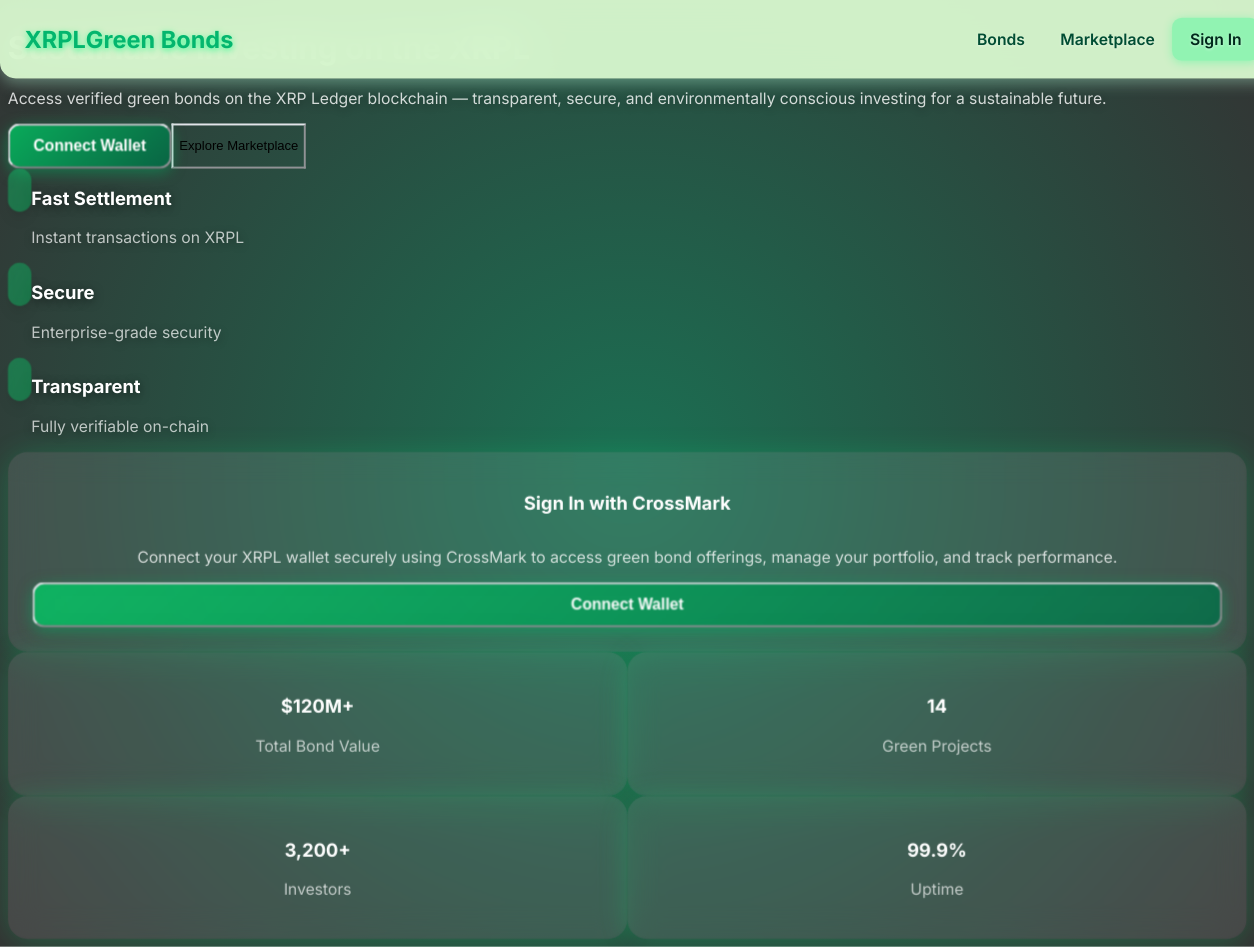
Repository: pbryzek/hackathon-xrpl
Page: / (app in frontend/)
These files come from the project's save history. The page is drawn as it stood at one moment and after the next save; the edit follows.
The browser window is 1280 px wide. The pictures show the whole page, at 98% of full size.
The project was rebuilt for these pictures with package versions that can differ from the ones it lists, and the page was loaded fresh each time. Also part of the build but not shown: frontend/vite.config.ts, frontend/src/services/bondService.ts, frontend/src/pages/BondSelection.tsx, frontend/src/lib/utils.ts, frontend/src/components/ui/button.tsx, frontend/src/components/ui/input.tsx, frontend/src/components/ui/label.tsx, frontend/src/components/ui/tabs.tsx and 15 more.

Above is the page before, as saved 2025-03-15 12:18:03.

### frontend/index.html
<!DOCTYPE html>
<html lang="en">
  <head>
    <meta charset="UTF-8" />
    <meta name="viewport" content="width=device-width, initial-scale=1.0" />
    <title>buy-sell-bonds</title>
    <meta name="description" content="Lovable Generated Project" />
    <meta name="author" content="Lovable" />
    <meta property="og:image" content="/og-image.png" />
  </head>

  <body>
    <div id="root"></div>
    <!-- IMPORTANT: DO NOT REMOVE THIS SCRIPT TAG OR THIS VERY COMMENT! -->
    <script src="https://cdn.gpteng.co/gptengineer.js" type="module"></script>
    <script type="module" src="/src/main.tsx"></script>
  </body>
</html>

### frontend/src/main.tsx
import { createRoot } from 'react-dom/client'
import App from './App.tsx'
import './index.css'
import './index1.css'

createRoot(document.getElementById("root")!).render(<App />);

### frontend/src/App.tsx
import React from "react";
import { BrowserRouter as Router, Routes, Route } from "react-router-dom";
import BondSelection from "./pages/BondSelection";
import CrossMarkAuth from "./pages/CrossMarkAuth";
import Index from "./pages/Index";
import NotFound from "./pages/NotFound";
// ✅ Import the Header Component
import Header from "./components/ui/header";
import "./index.css"; // ✅ Ensure Tailwind is applied
import "./index1.css"; // ✅ Ensure Tailwind is applied


const App: React.FC = () => {
  return (
    <Router>
      <div className="flex flex-col min-h-screen bg-background text-foreground">
        <Header />
        <main className="flex-grow p-4">
          <Routes>
            <Route path="/" element={<CrossMarkAuth />} />
            <Route path="/bonds" element={<BondSelection />} />
            <Route path="/marketplace" element={<Index />} />
            <Route path="*" element={<NotFound />} />
          </Routes>
        </main>
      </div>
    </Router>
  );
};

export default App;

### frontend/src/index.css
@import url('https://fonts.googleapis.com/css2?family=Inter:wght@100;200;300;400;500;600;700;800;900&display=swap');

@tailwind base;
@tailwind components;
@tailwind utilities;


@layer base {
  :root {
    --background: 210 40% 98%;
    --foreground: 222 47% 11%;

    --card: 0 0% 100%;
    --card-foreground: 222 47% 11%;

    --popover: 0 0% 100%;
    --popover-foreground: 222 47% 11%;

    --primary: 221 83% 53%;
    --primary-foreground: 210 40% 98%;

    --secondary: 210 40% 96%;
    --secondary-foreground: 222 47% 11%;

    --muted: 210 40% 96%;
    --muted-foreground: 220 16% 46%;

    --accent: 210 40% 96%;
    --accent-foreground: 222 47% 11%;

    --destructive: 0 84% 60%;
    --destructive-foreground: 210 40% 98%;

    --border: 220 14% 90%;
    --input: 220 14% 90%;
    --ring: 221 83% 53%;

    --radius: 0.8rem;

    --bond-blue: 221 83% 53%;
    --bond-blue-light: 213 94% 68%;
    --bond-blue-dark: 224 76% 48%;
    --bond-gray: 220 14% 90%;
    --bond-gray-light: 220 14% 95%;
    --bond-gray-dark: 218 11% 80%;
    --bond-green: 142 76% 36%;
    --bond-red: 0 84% 60%;
  }

  .dark {
    --background: 222 47% 11%;
    --foreground: 210 40% 98%;

    --card: 222 47% 11%;
    --card-foreground: 210 40% 98%;

    --popover: 222 47% 11%;
    --popover-foreground: 210 40% 98%;

    --primary: 217 91% 60%;
    --primary-foreground: 222 47% 11%;

    --secondary: 217 33% 17%;
    --secondary-foreground: 210 40% 98%;

    --muted: 217 33% 17%;
    --muted-foreground: 215 20% 65%;

    --accent: 217 33% 17%;
    --accent-foreground: 210 40% 98%;

    --destructive: 0 63% 31%;
    --destructive-foreground: 210 40% 98%;

    --border: 217 33% 17%;
    --input: 217 33% 17%;
    --ring: 224 76% 48%;
  }
}

@layer base {
  body {
    background-color: hsl(var(--background));
    color: hsl(var(--foreground));
  }
}

.glass-panel {
  background-color: rgba(255, 255, 255, 0.9);
  backdrop-filter: blur(12px);
  border: 1px solid rgba(255, 255, 255, 0.4);
  box-shadow: 0 4px 6px -1px rgba(0, 0, 0, 0.1), 0 2px 4px -1px rgba(0, 0, 0, 0.06);
}

.animate-enter {
  animation: fade-in 0.4s forwards, slide-up 0.4s forwards;
}

.bond-hover {
  transition: all 0.2s ease-out;
}

.bond-hover:hover {
  transform: translateY(-2px);
}

/* Scrollbar styling */
::-webkit-scrollbar {
  width: 6px;
  height: 6px;
}

::-webkit-scrollbar-track {
  background: transparent;
}

::-webkit-scrollbar-thumb {
  background: hsl(var(--bond-gray-dark));
  border-radius: 6px;
}

::-webkit-scrollbar-thumb:hover {
  background: hsl(var(--bond-blue-light));
}

/* ✅ Floating effect for navbar */
header {
  box-shadow: 0px 4px 30px rgba(0, 255, 128, 0.3);
}

### frontend/src/index1.css
@tailwind base;
@tailwind components;
@tailwind utilities;

@layer base {
  :root {
    --background: 0 0% 100%;
    --foreground: 222.2 84% 4.9%;

    --card: 0 0% 100%;
    --card-foreground: 222.2 84% 4.9%;

    --popover: 0 0% 100%;
    --popover-foreground: 222.2 84% 4.9%;

    --primary: 142 64% 24%;
    --primary-foreground: 210 40% 98%;

    --secondary: 210 40% 96.1%;
    --secondary-foreground: 222.2 47.4% 11.2%;

    --muted: 210 40% 96.1%;
    --muted-foreground: 215.4 16.3% 46.9%;

    --accent: 142 76% 73%;
    --accent-foreground: 222.2 47.4% 11.2%;

    --destructive: 0 84.2% 60.2%;
    --destructive-foreground: 210 40% 98%;

    --border: 214.3 31.8% 91.4%;
    --input: 214.3 31.8% 91.4%;
    --ring: 142 64% 24%;

    --radius: 0.5rem;
  }

  .dark {
    --background: 222.2 84% 4.9%;
    --foreground: 210 40% 98%;

    --card: 222.2 84% 4.9%;
    --card-foreground: 210 40% 98%;

    --popover: 222.2 84% 4.9%;
    --popover-foreground: 210 40% 98%;

    --primary: 143 65% 42%;
    --primary-foreground: 222.2 47.4% 11.2%;

    --secondary: 217.2 32.6% 17.5%;
    --secondary-foreground: 210 40% 98%;

    --muted: 217.2 32.6% 17.5%;
    --muted-foreground: 215 20.2% 65.1%;

    --accent: 143 70% 30%;
    --accent-foreground: 210 40% 98%;

    --destructive: 0 62.8% 30.6%;
    --destructive-foreground: 210 40% 98%;

    --border: 217.2 32.6% 17.5%;
    --input: 217.2 32.6% 17.5%;
    --ring: 142.5 76.5% 73.3%;
  }
}

@layer base {
  * {
    border-color: hsl(var(--border));
  }
  body {
    background-color: hsl(var(--background));
    color: hsl(var(--foreground));
  }
}

@keyframes float {
  0% { transform: translateY(0px); }
  50% { transform: translateY(-10px); }
  100% { transform: translateY(0px); }
}

/* Global Removal of Underline */
a {
  text-decoration: none !important;
}

/* Global Styles */
body {
  background: radial-gradient(circle, rgba(2, 96, 64, 0.9) 0%, rgba(0, 0, 0, 0.8) 100%);
  color: white;
  font-family: "Inter", sans-serif;
}

/* Floating Animation */
.floating {
  animation: float 3s ease-in-out infinite;
}

/* Glassmorphism Components */
.glass-effect {
  background-color: rgba(255, 255, 255, 0.1);
  backdrop-filter: blur(15px);
  box-shadow: 0 4px 15px rgba(0, 0, 0, 0.2);
}

/* Enhanced Lightened Glassmorphism Navbar */
.header {
  background: rgba(221, 253, 211, 0.931);
  backdrop-filter: blur(20px);
  box-shadow: 0 4px 15px rgba(187, 253, 220, 0.4);
  padding: 18px 25px;
  border-radius: 0 0 16px 16px;
  position: fixed;
  top: 0;
  left: 0;
  width: 100%;
  z-index: 50;
}

/* Navbar Links */
.nav-link {
  color: rgb(0, 77, 51) !important;
  font-size: 1rem;
  font-weight: 600;
  text-shadow: 0px 1px 3px rgba(255, 255, 255, 0.5);
  padding: 12px 18px;
  border-radius: 10px;
  transition: all 0.3s ease-in-out;
  text-decoration: none;
}

.nav-link:hover {
  background: rgba(0, 255, 128, 0.2);
  color: rgb(0, 40, 27) !important;
  transform: translateY(-2px);
}

.nav-link.active {
  background: rgba(0, 255, 128, 0.3);
  color: rgb(0, 40, 27) !important;
  box-shadow: 0 2px 10px rgba(0, 255, 128, 0.3);
}

/* Fix nav link positioning */
.links {
  position: relative;
  margin-right: 20px;
}

/* Logo Styling */
.logo {
  font-size: 1.5rem;
  font-weight: bold;
  color: #03b66e;
  text-shadow: 0px 2px 6px rgba(0, 255, 128, 0.7);
  transition: all 0.3s ease;
}

.logo:hover {
  text-shadow: 0px 2px 10px rgba(0, 255, 128, 0.9);
  transform: scale(1.03);
}

/* Glass Card */
.glass-card {
  background: rgba(255, 255, 255, 0.1);
  backdrop-filter: blur(15px);
  box-shadow: 0px 4px 30px rgba(0, 255, 128, 0.2);
  padding: 25px;
  border-radius: 20px;
  transition: all 0.3s ease-in-out;
}

.glass-card:hover {
  box-shadow: 0px 6px 35px rgba(0, 255, 128, 0.4);
  transform: translateY(-5px);
}

/* Glass Button */
.glass-button {
  background: linear-gradient(135deg, rgba(0, 200, 100, 0.8), rgba(0, 110, 70, 0.8));
  color: white;
  padding: 12px 24px;
  border-radius: 12px;
  font-size: 16px;
  font-weight: bold;
  backdrop-filter: blur(15px);
  box-shadow: 0px 4px 15px rgba(0, 180, 100, 0.5);
  transition: all 0.3s ease-in-out;
}

.glass-button:hover {
  background: linear-gradient(135deg, rgba(0, 220, 110, 0.9), rgba(0, 130, 80, 0.9));
  transform: translateY(-3px);
  box-shadow: 0px 6px 20px rgba(0, 255, 128, 0.6);
}

.glass-button:disabled {
  background: rgba(100, 100, 100, 0.3);
  cursor: not-allowed;
  box-shadow: none;
  color: rgba(255, 255, 255, 0.5);
}

/* Hero Section Styling */
.hero-container {
  margin-top: 120px;
  padding: 2rem;
}

.hero-text {
  text-shadow: 0 2px 10px rgba(0, 0, 0, 0.5);
}

.feature-icon {
  background: linear-gradient(to bottom right, rgba(0, 255, 128, 0.3), rgba(0, 200, 100, 0.4));
  padding: 0.75rem;
  border-radius: 0.75rem;
  backdrop-filter: blur(4px);
  box-shadow: 0 10px 15px -3px rgba(0, 0, 0, 0.1), 0 4px 6px -2px rgba(0, 0, 0, 0.05);
}

### frontend/src/pages/CrossMarkAuth.tsx

import React, { useState, useEffect } from "react";
import sdk from "@crossmarkio/sdk";
import * as xrpl from "xrpl";
import { useNavigate } from "react-router-dom";
import { toast } from "sonner";

const CrossMarkAuth: React.FC = () => {
  const [account, setAccount] = useState<string | null>(null);
  const [balance, setBalance] = useState<string | null>(null);
  const [isLoading, setIsLoading] = useState<boolean>(false);
  const navigate = useNavigate();

  useEffect(() => {
    console.log("Crossmark session will not restore automatically.");
    // Do NOT check localStorage or auto-authenticate
  }, []);

  const signInWithCrossmark = async () => {
    setIsLoading(true);
    try {
      console.log("User clicked sign-in, starting authentication...");

      // Step 1: Authenticate via Crossmark
      const { response } = await sdk.methods.signInAndWait();
      if (!response || !response.data || !response.data.address) {
        throw new Error("Failed to authenticate with Crossmark");
      }

      const userAccount = response.data.address;
      setAccount(userAccount);
      fetchBalance(userAccount);

      // Step 2: Authentication successful, inform user
      toast.success("Successfully connected to CrossMark wallet");

      // Navigate to bonds after successful authentication
      setTimeout(() => {
        navigate("/bonds");
      }, 1500);

    } catch (error) {
      console.error("Crossmark sign-in failed:", error);
      toast.error("Failed to connect to CrossMark wallet");
    } finally {
      setIsLoading(false);
    }
  };

  const fetchBalance = async (walletAddress: string) => {
    try {
      const client = new xrpl.Client("wss://s.altnet.rippletest.net/");
      await client.connect();
      const response = await client.request({
        command: "account_info",
        account: walletAddress,
        ledger_index: "validated",
      });
      const xrpBalance = xrpl.dropsToXrp(response.result.account_data.Balance);
      setBalance(xrpBalance.toString());
      client.disconnect();
    } catch (error) {
      console.error("Error fetching balance:", error);
    }
  };

  const handleMarketplaceClick = () => {
    navigate("/marketplace");
  };

  return (
    <div className="container mx-auto mt-32 px-4">
      <div className="grid grid-cols-1 lg:grid-cols-2 gap-12 items-center">
        {/* Hero Section */}
        <div className="space-y-6 hero-text">
          <h1 className="text-4xl md:text-5xl lg:text-6xl font-bold leading-tight">
            Sustainable Investing on the <span className="text-green-400">XRPL</span>
          </h1>
          <p className="text-xl opacity-80 max-w-xl">
            Access verified green bonds on the XRP Ledger blockchain — transparent,
            secure, and environmentally conscious investing for a sustainable future.
          </p>
          <div className="pt-4 flex flex-wrap gap-4">
            <button
              onClick={signInWithCrossmark}
              disabled={isLoading}
              className="glass-button"
            >
              {isLoading ? "Connecting..." : "Connect Wallet"}
            </button>
            <button
              onClick={handleMarketplaceClick}
              className="bg-transparent text-white px-6 py-3 rounded-xl
                        hover:bg-white/10 transition-all duration-300"
            >
              Explore Marketplace
            </button>
          </div>

          {/* Key Features */}
          <div className="grid grid-cols-1 md:grid-cols-3 gap-6 mt-12">
            <div className="flex items-start gap-3">
              <div className="feature-icon">
                <svg xmlns="http://www.w3.org/2000/svg" className="h-6 w-6 text-green-100" fill="none" viewBox="0 0 24 24" stroke="currentColor">
                  <path strokeLinecap="round" strokeLinejoin="round" strokeWidth={2} d="M13 10V3L4 14h7v7l9-11h-7z" />
                </svg>
              </div>
              <div>
                <h3 className="font-semibold text-lg">Fast Settlement</h3>
                <p className="text-sm opacity-70">Instant transactions on XRPL</p>
              </div>
            </div>

            <div className="flex items-start gap-3">
              <div className="feature-icon">
                <svg xmlns="http://www.w3.org/2000/svg" className="h-6 w-6 text-green-100" fill="none" viewBox="0 0 24 24" stroke="currentColor">
                  <path strokeLinecap="round" strokeLinejoin="round" strokeWidth={2} d="M9 12l2 2 4-4m5.618-4.016A11.955 11.955 0 0112 2.944a11.955 11.955 0 01-8.618 3.04A12.02 12.02 0 003 9c0 5.591 3.824 10.29 9 11.622 5.176-1.332 9-6.03 9-11.622 0-1.042-.133-2.052-.382-3.016z" />
                </svg>
              </div>
              <div>
                <h3 className="font-semibold text-lg">Secure</h3>
                <p className="text-sm opacity-70">Enterprise-grade security</p>
              </div>
            </div>

            <div className="flex items-start gap-3">
              <div className="feature-icon">
                <svg xmlns="http://www.w3.org/2000/svg" className="h-6 w-6 text-green-100" fill="none" viewBox="0 0 24 24" stroke="currentColor">
                  <path strokeLinecap="round" strokeLinejoin="round" strokeWidth={2} d="M17 20h5v-2a3 3 0 00-5.356-1.857M17 20H7m10 0v-2c0-.656-.126-1.283-.356-1.857M7 20H2v-2a3 3 0 015.356-1.857M7 20v-2c0-.656.126-1.283.356-1.857m0 0a5.002 5.002 0 019.288 0M15 7a3 3 0 11-6 0 3 3 0 016 0zm6 3a2 2 0 11-4 0 2 2 0 014 0zM7 10a2 2 0 11-4 0 2 2 0 014 0z" />
                </svg>
              </div>
              <div>
                <h3 className="font-semibold text-lg">Transparent</h3>
                <p className="text-sm opacity-70">Fully verifiable on-chain</p>
              </div>
            </div>
          </div>
        </div>

        {/* Authentication Card */}
        <div className="flex justify-center items-center">
          <div className="w-full max-w-md glass-card">
            <div className="flex flex-col space-y-1.5 p-6">
              <h3 className="text-2xl font-semibold leading-none tracking-tight text-center text-green-300">
                Sign In with CrossMark
              </h3>
            </div>
            <div className="p-6 pt-0 space-y-4">
              {!account ? (
                <>
                  <div className="flex justify-center p-6">
                    <div className="w-24 h-24 rounded-full bg-white/10 backdrop-blur-lg flex items-center justify-center shadow-lg shadow-green-500/20 floating">
                      <svg xmlns="http://www.w3.org/2000/svg" className="h-12 w-12 text-green-400" fill="none" viewBox="0 0 24 24" stroke="currentColor">
                        <path strokeLinecap="round" strokeLinejoin="round" strokeWidth={1.5} d="M9 12l2 2 4-4m5.618-4.016A11.955 11.955 0 0112 2.944a11.955 11.955 0 01-8.618 3.04A12.02 12.02 0 003 9c0 5.591 3.824 10.29 9 11.622 5.176-1.332 9-6.03 9-11.622 0-1.042-.133-2.052-.382-3.016z" />
                      </svg>
                    </div>
                  </div>
                  <p className="text-center text-sm opacity-80">
                    Connect your XRPL wallet securely using CrossMark to access green bond offerings, manage your portfolio, and track performance.
                  </p>
                </>
              ) : (
                <>
                  <div className="flex flex-col items-center space-y-4">
                    <div className="p-4 bg-green-800/20 rounded-lg">
                      <p className="text-lg text-white font-medium">Wallet Connected</p>
                      <p className="text-sm font-mono bg-black/20 p-2 rounded mt-2 break-all">{account}</p>
                      <p className="text-sm mt-3 text-green-300">Balance: {balance} XRP</p>
                    </div>
                  </div>
                </>
              )}
            </div>
            <div className="flex items-center p-6 pt-0 justify-center">
              <button
                onClick={signInWithCrossmark}
                disabled={isLoading || !!account}
                className={`glass-button w-full ${(isLoading || !!account) ? 'opacity-50 cursor-not-allowed' : ''}`}
              >
                {isLoading ? "Connecting..." : account ? "Connected" : "Connect Wallet"}
              </button>
            </div>
          </div>
        </div>
      </div>

      {/* Stats Section */}
      <div className="grid grid-cols-2 md:grid-cols-4 gap-4 md:gap-8 mt-20 mb-10">
        <div className="glass-card text-center">
          <h3 className="text-3xl md:text-4xl font-bold text-green-300">$120M+</h3>
          <p className="text-sm opacity-70">Total Bond Value</p>
        </div>
        <div className="glass-card text-center">
          <h3 className="text-3xl md:text-4xl font-bold text-green-300">14</h3>
          <p className="text-sm opacity-70">Green Projects</p>
        </div>
        <div className="glass-card text-center">
          <h3 className="text-3xl md:text-4xl font-bold text-green-300">3,200+</h3>
          <p className="text-sm opacity-70">Investors</p>
        </div>
        <div className="glass-card text-center">
          <h3 className="text-3xl md:text-4xl font-bold text-green-300">99.9%</h3>
          <p className="text-sm opacity-70">Uptime</p>
        </div>
      </div>
    </div>
  );
};

export default CrossMarkAuth;

### frontend/src/components/ui/header.tsx
import React from "react";
import { Link, useLocation } from "react-router-dom";

const Header: React.FC = () => {
  const location = useLocation();

  // Function to check if the link is active
  const isActive = (path: string) => location.pathname === path;

  return (
    <header className="header">
      <div className="container mx-auto flex justify-between items-center">
        {/* Logo */}
        <Link to="/" className="logo no-underline flex items-center gap-2">
          <span className="text-green-600">XRPL</span> Green Bonds
        </Link>

        {/* Navigation Links */}
        <div className="links">
          <nav className="flex space-x-6">
            <Link to="/bonds" className={`nav-link ${isActive('/bonds') ? 'active' : ''}`}>
              Bonds
            </Link>
            <Link to="/marketplace" className={`nav-link ${isActive('/marketplace') ? 'active' : ''}`}>
              Marketplace
            </Link>
            <Link to="/" className={`nav-link ${isActive('/') ? 'active' : ''}`}>
              Sign In
            </Link>
          </nav>
        </div>
      </div>
    </header>
  );
};

export default Header;

After the next save:
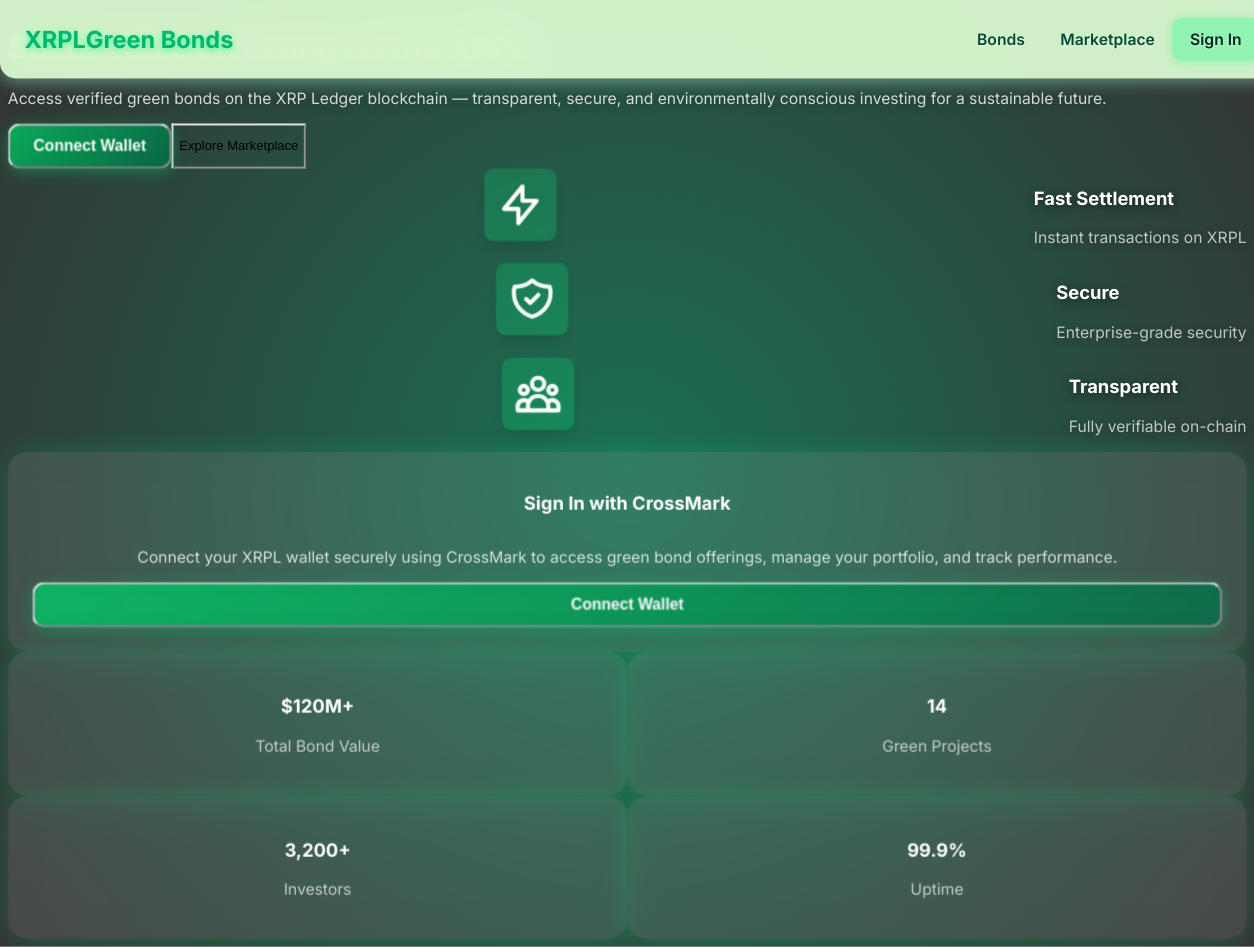
Saved 3 min 9 s later.
--- a/frontend/src/index1.css
+++ b/frontend/src/index1.css
@@ -222,3 +222,48 @@
   backdrop-filter: blur(4px);
   box-shadow: 0 10px 15px -3px rgba(0, 0, 0, 0.1), 0 4px 6px -2px rgba(0, 0, 0, 0.05);
 }
+
+/* ✅ Feature Section Styling */
+.feature-section {
+  display: flex;
+  justify-content: center; /* Center align the features */
+  gap: 2rem; /* Space between feature items */
+  margin-top: 2rem;
+  padding: 1.5rem;
+  max-width: 900px;
+  margin-left: auto;
+  margin-right: auto;
+}
+
+.feature-card {
+  background: rgba(255, 255, 255, 0.1);
+  backdrop-filter: blur(10px);
+  box-shadow: 0 4px 10px rgba(0, 255, 128, 0.2);
+  padding: 1.5rem;
+  border-radius: 12px;
+  text-align: center;
+  width: 100%;
+  max-width: 250px; /* Ensures proper spacing */
+}
+
+.feature-icon {
+  display: flex;
+  align-items: center;
+  justify-content: center;
+  width: 50px;
+  height: 50px;
+  background: rgba(0, 255, 128, 0.2);
+  border-radius: 10px;
+  margin: 0 auto 10px;
+}
+
+.feature-title {
+  font-size: 1.2rem;
+  font-weight: 700;
+  color: white;
+}
+
+.feature-text {
+  font-size: 0.9rem;
+  opacity: 0.8;
+}
